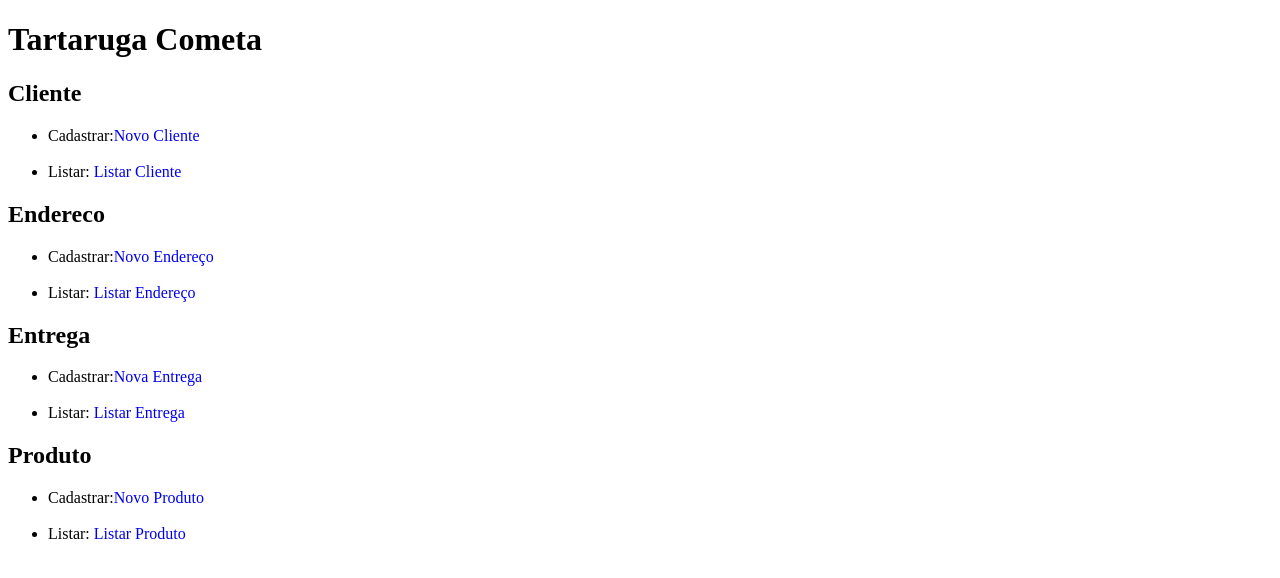
Repository: alvarofgomes/TartarugaCometa
Page: http://localhost/TartarugaCometa/src/main/WebContent/index.jsp
The author's editor kept a copy of each file at every save. The page is drawn from the files as they stood at one save, then again after the next save.
The browser window is 1280 px wide. The pictures show the whole page.
The page is served by Tomcat 9.

Above is the page before, as saved 2025-12-17 20:50:26.

After the next save:
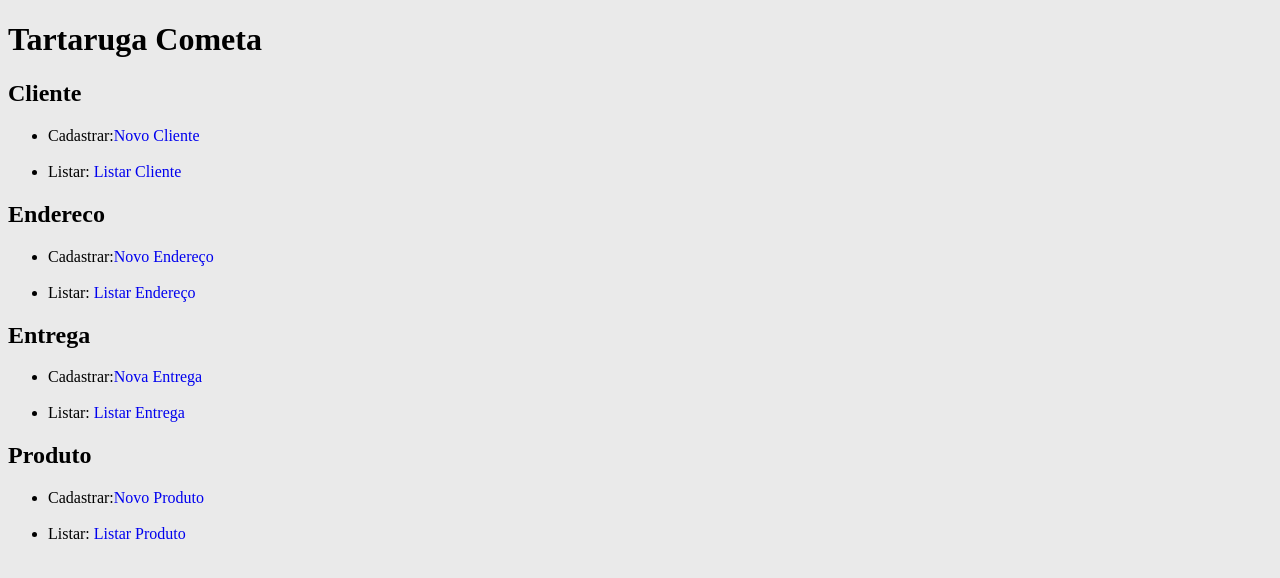
Saved 83 s later.
--- a/TartarugaCometa/src/main/WebContent/index.jsp
+++ b/TartarugaCometa/src/main/WebContent/index.jsp
@@ -8,9 +8,7 @@
 <title>Menu Tartaruga Cometa</title>
 <style>
 a{text-decoration: none;}
-
-background-color{powderblue;}
-
+body {background-color: #eaeaea;}
 </style>
 </head>
 <body>
